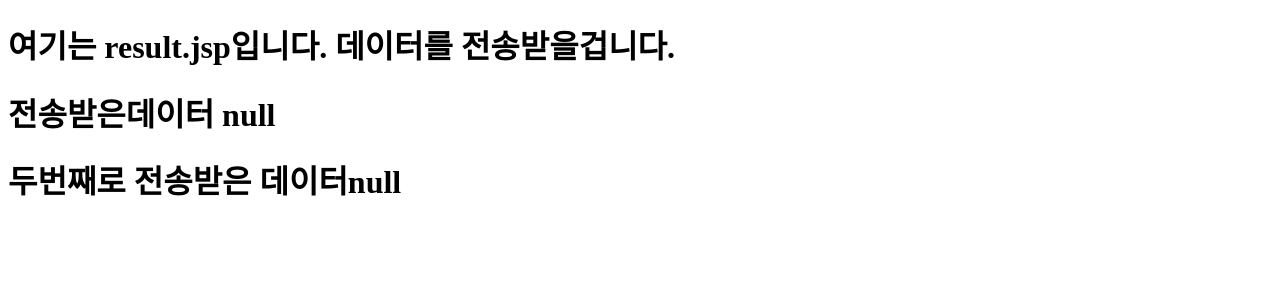
Repository: MySunTY/JSP
Page: http://localhost/JSP03/result.jsp
An editor plug-in stored every save of this project. The page is shown before and after the next save, followed by the edit.
The browser window is 1280 px wide. The pictures show the whole page.
The page is served by Tomcat 9.

Above is the page before, as saved 2024-05-10 00:59:55.

After the next save:
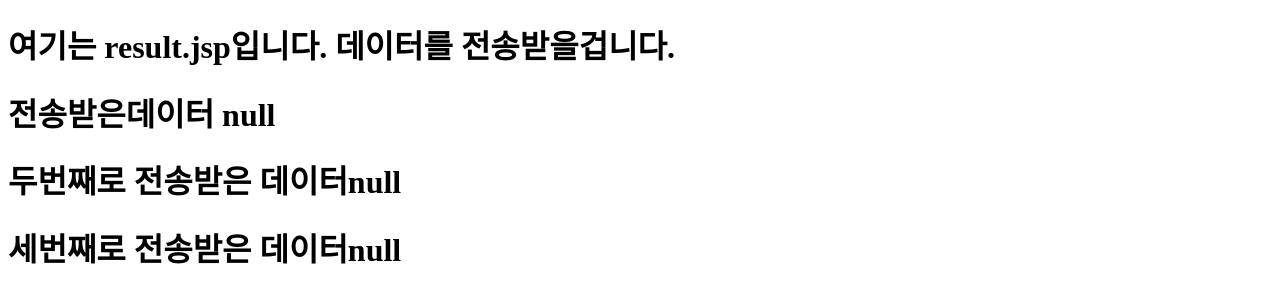
Saved 39 s later.
--- a/JSP03/src/main/webapp/result.jsp
+++ b/JSP03/src/main/webapp/result.jsp
@@ -11,10 +11,12 @@
 		<%
 			String A = request.getParameter("test");
 			String B = request.getParameter("num");
+			String C = request.getParameter("id");
 			//*5000000000
 			//REQUEST : 서버측에 클라이언트가 접속을 요청할 때 전송되는 데이터를 담는 부분
 			%>
 		<h1>전송받은데이터 <%=A %></h1>
 		<h1>두번째로 전송받은 데이터<%=B %> </h1>
+		<h1>세번째로 전송받은 데이터<%=C %></h1>
 	</body>
 </html>
